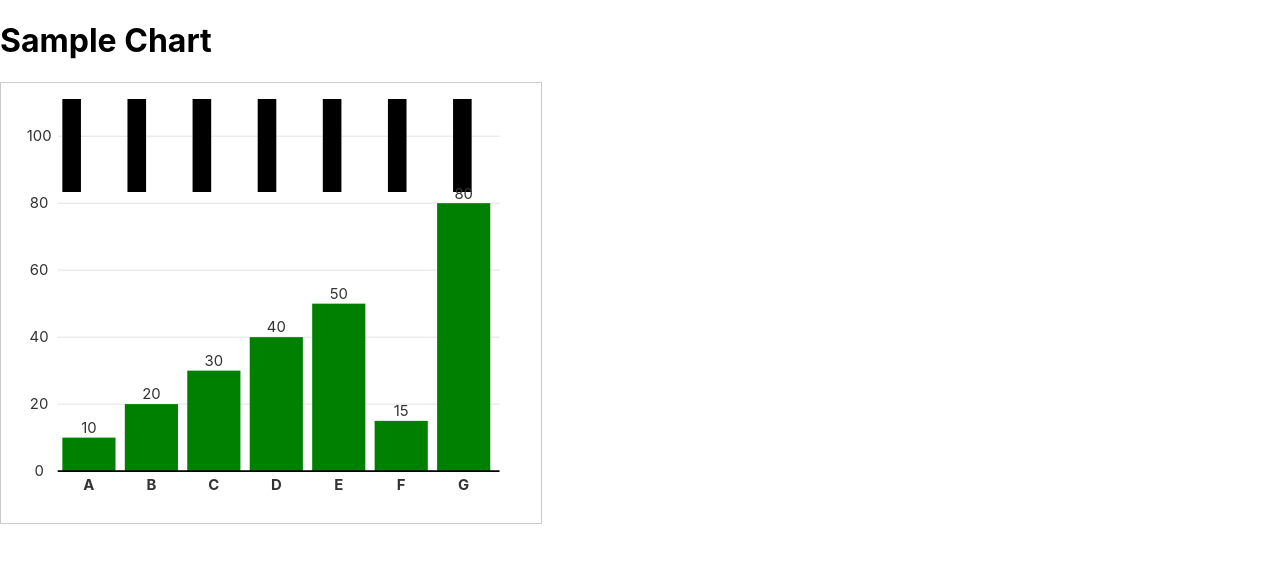
Repository: CaptainJang316/GChart
Page: /
These files come from the project's save history. The page is drawn as it stood at one moment and after the next save; the edit follows.
The browser window is 1280 px wide. The pictures show the whole page.
The project was rebuilt for these pictures with package versions that can differ from the ones it lists, and the page was loaded fresh each time. Also part of the build but not shown: src/App.css.

Above is the page before, as saved 2024-11-09 17:18:37.

### src/App.tsx
/* eslint-disable */
import React from 'react';
import './App.css';
import BarChart from './components/Chart/BarChart';
import { Option } from './Model/Option';

function App() {
  const sampleOption: Option = {
    type: 'bar',
    data: [
      { label: 'A', value: 10 },
      { label: 'B', value: 20 },
      { label: 'C', value: 30 },
      { label: 'D', value: 40 },
      { label: 'E', value: 50 },
      { label: 'F', value: 15 },
      { label: 'G', value: 80 },
    ],
    layout: {
      width: 500,
      height: 400,
      axisCnt: 5
    },
    style: {
      color: "green"
    },
    tooltip: true,
    label:  {
      show: true,
      position: 'mid'
    }
  };

  return (
    <div>
      <h1>Sample Chart</h1>
      {/* 차트의 border 없애고, X,Y 축에 대한 컴포넌트들로 더 큰 바운더리 구현해야 함. */}
      {/* => ㄴㄴ. 그냥 단일 SVG로 구현하는 게 훨씬 좋음. */}

      <div className="chart-wrapper">
        <BarChart {...sampleOption}/>
      </div>
    </div>
  );
}

export default App;

### src/components/Chart/BarChart.tsx
/* eslint-disable */
import React from 'react';
import { useAxis } from '../Axis/useAxis';
import { useGrid } from '../Grid/useGrid';
import { Option } from '../../Model/Option';

// interface ChartProps {
//     data: { label: string, value: number }[];
//     width?: number;
//     height?: number;
//     color?: string;
//     axisCnt?: number;
// };

const BarChart: React.FC<Option> = ({
    data,
    title,
    layout: {
        width = 400,
        height = 300,
        axisCnt = 8,
    },
    style: {
        color = '#4A90E2',
    },
    tooltip = true
}) => {
    const values = data.map(item => item.value);
    const {xAxis, yAxis, scales} = useAxis({data: values, width: width, height: height, axisCnt: axisCnt});
    const {gridLines} = useGrid({data: values, scales, width, height, horizontalLineCnt: axisCnt});

    const maxValue = Math.max(...data.map(d => d.value));
    const barWidth = (width - 30) / data.length;
    // const yTicks = 10;
    // const tickValues = Array.from({ length: yTicks }, (_, i) => (maxValue / yTicks) * i);

    return (
        // svg 요소 안에, 차트를 그린다.
        <div style={{ display: 'inline-block', width: `${width}px`, height: `${height}px`}}>
            <svg width='100%' height='100%' viewBox={`0 0 ${width} ${height + 30}`} style={{ border: '1px solid #ccc', padding: '1rem 1.5rem 1.5rem 1rem'}}>
                {
                    title?
                    <g className='title-layer'>
                        <h3>{title.text}</h3>
                        {title.subTitle? <h5>{title.subTitle}</h5> : ''}
                    </g> : ''
                }
                <g className='grid-layer'>
                    {gridLines.horizontal.map((el: { id: React.Key | null | undefined; x1: number ; y1: number ; x2: number ; y2: number; }, index: number) => (
                        <line
                            key={el.id}
                            x1={el.x1}
                            y1={el.y1}
                            x2={el.x2}
                            y2={el.y2}
                            stroke="#e0e0e0"
                            // strokeDasharray="4 4"
                            strokeWidth={1}
                        />
                    ))}
                    {gridLines.vertical.map((el: { id: React.Key | null | undefined; x1: number ; y1: number ; x2: number ; y2: number; }, index: number) => (
                        <line
                            key={el.id}
                            x1={el.x1}
                            y1={0}
                            x2={el.x2}
                            y2={100}
                            stroke="black"
                            // strokeDasharray="4 4"
                            strokeWidth={20}
                        />
                    ))}
                </g>

                <g className='axis-layer'>
                    {yAxis.ticks.map((tick) => (
                        <text
                            x={5}
                            y={tick.position}
                            textAnchor="middle"
                            // fontSize="10"
                            fill="#333"
                        >
                        {tick.value}
                        </text>
                    ))}
                </g>

                <g className='chart-layer' style={{ marginLeft: '1rem' }}>
                    {data.map((d, i) => {
                        const barHeight = height - scales.yScale(d.value);
                        return (
                            // g는 svg 요소 내에 사용되는 것.
                            // svg에서 그룹을 만드는 역할을 한다.
                            // trangform은 그룹의 위치를 변환하는 데 사용됨.
                            // translate(${i * barWidth}, ${height - barHeight}) <- x축, y축 이동 정도 지정

                            <g key={i} transform={`translate(${i * barWidth}, ${height - barHeight})`}>
                                <rect
                                    width={barWidth - 10}
                                    height={barHeight}
                                    fill={color}
                                    x={30}
                                    y={0}
                                />
                                <text
                                    x={barWidth / 2 + 25}
                                    y={-5}
                                    textAnchor="middle"
                                    // fontSize="10"
                                    fill="#333"
                                >
                                    {d.value}
                                </text>
                            </g>
                        );
                    })}
                </g>

                <g className='bottom-layer'>
                    <line
                        x1={25}
                        y1={height}
                        x2={width}
                        y2={height}
                        stroke="black"
                        // strokeDasharray="4 4"
                        strokeWidth={2}
                    />
                </g>
                <g className='label-layer'>
                    {data.map((d, i) => {
                        let currX = barWidth * i;
                        return (
                            <text
                            x={currX + barWidth / 2 + 25}
                            y={height + 20}
                            textAnchor="middle"
                            // fontSize="12"
                            fontWeight="bold"
                            fill="#333"
                        >
                            {d.label}
                        </text>
                        );
                    })}
                </g>
            </svg>
        </div>
    );
};

export default BarChart;

### src/components/Axis/useAxis.ts
/* eslint-disable */
import { useMemo } from 'react';
import { scaleLinear } from 'd3-scale';

interface AxisProps {
    data: number[];
    width: number;
    height: number;
    axisCnt?: number;
    horizontalPadding?: number; // 좌우 패딩
    topPadding?: number; // 위쪽 패딩
}

export const useAxis = ({
    data,
    width,
    height,
    axisCnt = 6,
    horizontalPadding = 40,
    topPadding = 40
}: AxisProps) => {
    const scales = useMemo(() => {
        // X축 스케일 설정
        const xScale = scaleLinear()
            .domain([0, data.length - 1])
            .range([horizontalPadding, width - horizontalPadding]);

        // Y축 스케일 설정
        const maxValue = Math.max(...data);
        const yMaxValue = getAppropriateMaxValue(maxValue);

        const yScale = scaleLinear()
            .domain([0, yMaxValue])
            // 위쪽 패딩만 적용하고 아래쪽은 height 값 그대로 사용
            .range([height, topPadding]); // -1을 해서 baseline에 정확히 맞춤

        return { xScale, yScale };
    }, [data, width, height, horizontalPadding, topPadding]);

    const xAxis = useMemo(() => {
        return {
            ticks: data.map((_, index) => ({
                value: index,
                position: scales.xScale(index)
            }))
        };
    }, [scales.xScale, data]);

    const yAxis = useMemo(() => {
        const ticks = scales.yScale.ticks(axisCnt);
        return {
            ticks: ticks.map(tick => ({
                value: tick,
                position: scales.yScale(tick) + 5
            }))
        };
    }, [scales.yScale, axisCnt]);

    return { xAxis, yAxis, scales };
};

// 적절한 최대값을 계산하는 헬퍼 함수
function getAppropriateMaxValue(maxValue: number): number {
    const magnitude = Math.pow(10, Math.floor(Math.log10(maxValue)));
    const normalized = maxValue / magnitude;

    if (normalized <= 1) return magnitude;
    if (normalized <= 2) return 2 * magnitude;
    if (normalized <= 5) return 5 * magnitude;
    return 10 * magnitude;
}

### src/components/Grid/useGrid.ts
/* eslint-disable */
import { useMemo } from 'react';

interface GridProps {
    data: number[],
    scales: {
        xScale: any;
        yScale: any;
    },
    width: number,
    height: number
    horizontalLineCnt: number;
}

export const useGrid = ({data, scales, width, height, horizontalLineCnt}: GridProps) => {
    const gridLines = useMemo(() => {
        const vertical = scales.xScale.ticks(data.length - 1).map((tick: number) => ({
            id: `x-${tick}`,
            x1: scales.xScale(tick),
            y1: 0,
            x2: scales.xScale(tick),
            y2: height,
        }));

        const horizontal = scales.yScale.ticks(horizontalLineCnt).map((tick: number) => ({
            id: `y-${tick}`,
            x1: 25,
            y1: scales.yScale(tick),
            x2: width,
            y2: scales.yScale(tick)
        }));

        return {vertical, horizontal};
    }, [scales, width, height]);

    return { gridLines };
}

Loaded but not shown: public/index.html (common file); src/index.tsx (common file); src/index.css (common file); src/reportWebVitals.ts (common file)

After the next save:
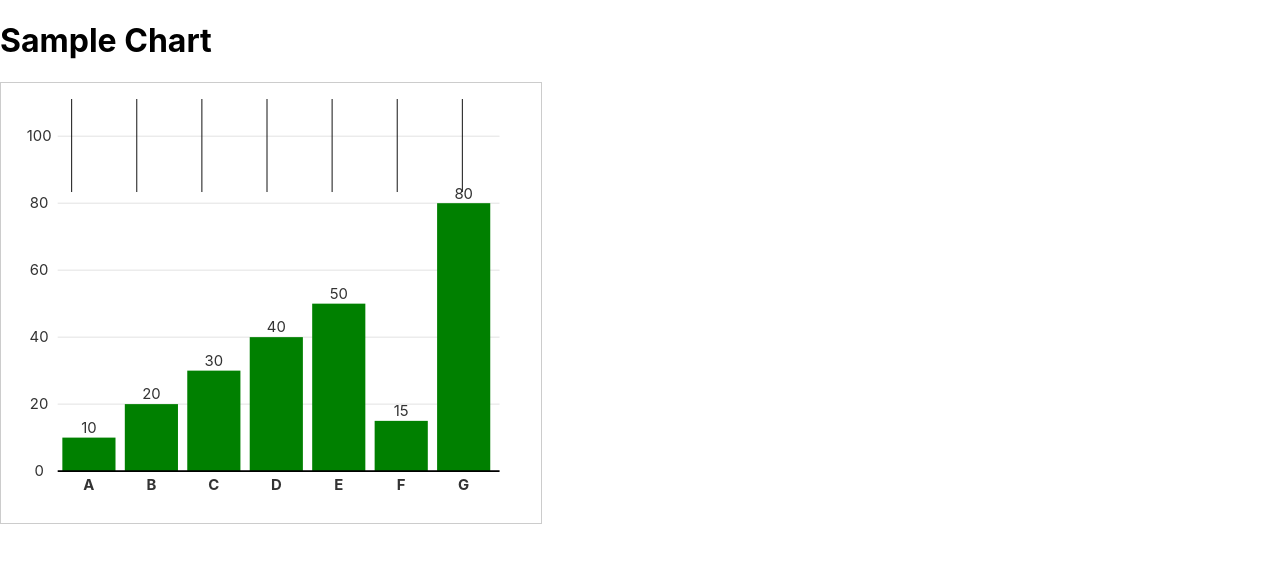
Saved 6 s later.
--- a/src/components/Chart/BarChart.tsx
+++ b/src/components/Chart/BarChart.tsx
@@ -67,7 +67,7 @@ const BarChart: React.FC<Option> = ({
                             y2={100}
                             stroke="black"
                             // strokeDasharray="4 4"
-                            strokeWidth={20}
+                            strokeWidth={1}
                         />
                     ))}
                 </g>
